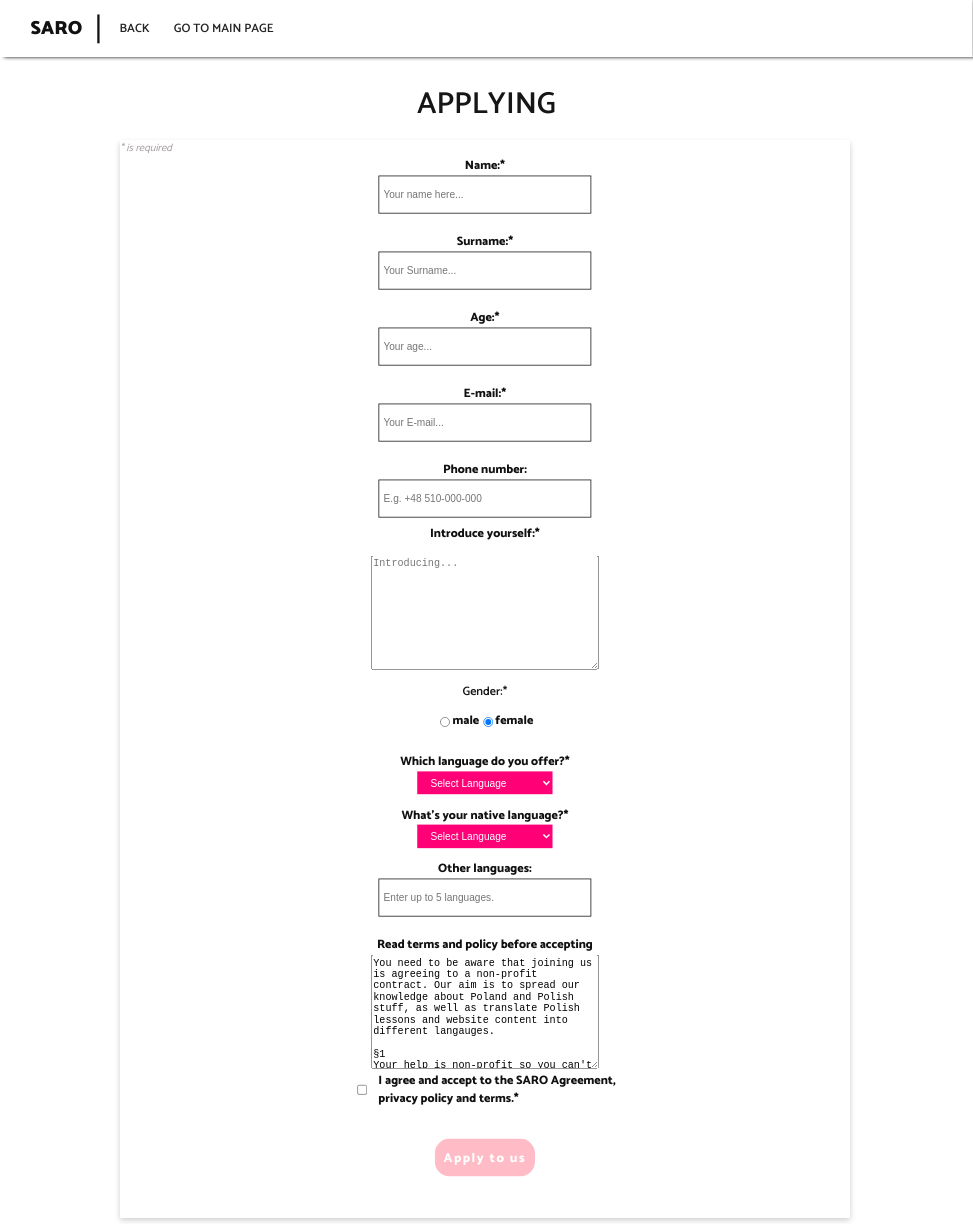
Repository: michalskirobert/SARO
Page: join/index.html
The author's editor kept a copy of each file at every save. The page is drawn from the files as they stood at one save, then again after the next save.
The browser window is 1280 px wide. The pictures show the whole page, at 76% of full size.

Above is the page before, as saved 2020-10-30 14:29:15.

### join/index.html
<!DOCTYPE html>
<html lang="en">

<head>
    <meta charset="UTF-8">
    <meta name="description" content="We are SARO. The project was created as a result of a desire to help people studying the Polish language.
    The main
    language is English but we also add languages like Japanese and Korean as well.
    SARO has created from the word taken from the name “Saki” in Japanese 沙季 and from name Robert.
    Saki and Robert are Polish and Japanese couple trying to share with others their knowledge.">
    <meta name="keywords"
        content="saro, course, online, courses, english, japanese, Polish, Polish lessons, Polish curiosities, Polish tradition, ">
    <meta name="author" content="Robert Michalski">
    <meta name="viewport" content="width=device-width, initial-scale=1.0">
    <meta property="og:site_name" content="Saro.Website with free Polish lessons" />
    <meta property="og:url" content="www.saro.website" />
    <meta property="og:type" content="website" />
    <meta name="title" property="og:title" content="Saro.Website with free Polish lessons" />
    <meta name="image" property="og:image" content="img/bg/header-banner.jpg" />
    <meta property="og:image:type" content="image/png">
    <meta property="og:image:width" content="1024">
    <meta property="og:image:height" content="1024">
    <script type="text/javascript">
        var onloadCallback = function () {
            grecaptcha.render('html_element', {
                'sitekey': '6LeuJsoZAAAAAEANh6j6i-mbQb9pVOA0ukEaqTPC'
            });
        };
    </script>
    <title>Welcome to SARO</title>
    <link rel="stylesheet" href="./../assets/style/css/style.css">
</head>

<body>
    <header>
        <a href="https://saro.website" class="header-brand">SARO</a>
        <nav>
            <div class="hamburger">
                <div class="bar"></div>
                <div class="bar"></div>
                <div class="bar"></div>
            </div>
           <ul class="nav__desktop nav__desktop--joinUs">
           <li><a href="#" onclick="goBack()">Back</a></li>
           <li><a href="https://saro.website/">go to main page</a></li>
           </ul>
           <ul class="nav-list">
            <li><a href="index.html" class="header-brand--after">SARO</a></li>
            <li><a href="#" onclick="goBack()" class="nav-links">Back</a></li>
            <li><a href="https://saro.website/" class="nav-links">go to main page</a></li>
            </ul>
        </nav>
        <script>
            function goBack() {
                window.history.back();
            }
        </script>
       <script src="./../assets/js/menu.js"></script>
       </header>
    <main>
        <br>
        <section>
            <div class="wrapper">
                <h1>applying</h1>
                <div class="container container--joinUs">
                    <div class="row row--joinUs">
                        <div class="column column--joinUs">
                            <div class="card card--joinUs">
                                <i>* is required</i>
                                <div class="container">

                                    <div class="contact-form">
                                        <form class="joinForm">
                                            <label for="name">Name:*</label>
                                            <input name="name" type="text" class="form-control" id="name"
                                                placeholder=" Your name here..." required>
                                            <br>
                                            <label for="surname">Surname:*</label>
                                            <input name="surname" type="text" class="form-control" id="surname"
                                                placeholder=" Your Surname..." required>
                                            <br>
                                            <label for="age">Age:*</label>
                                            <input name="age" type="number" class="form-control" id="age" min="18"
                                                placeholder=" Your age..." required>
                                            <br>
                                            <label for="email">E-mail:*</label>
                                            <input name="email" type="email" class="form-control" id="email"
                                                placeholder=" Your E-mail..." required>
                                            <br>
                                            <label for="phone">Phone number:</label>
                                            <input name="phone" type="tel" class="form-control" id="phone"
                                                placeholder=" E.g. +48 510-000-000" required>

                                            <label for="message">Introduce yourself:*</label>
                                            <br>
                                            <textarea name="message" id="message" placeholder="Introducing..." row="4"
                                                required></textarea>
                                            <br>
                                            <p>Gender:*</p>
                                            <div class="gender__container" style="width: 100%;">
                                            <input type="radio" id="male" name="gender" value="male" checked>
                                            <label for="male">male</label>
                                            <input type="radio" id="female" name="gender" value="female" checked>
                                            <label for="female">female</label>
                                            </div>
                                            <br>
                                            <label for="language"> Which language do you offer?*</p></label>
                                            <select name="offerLanguage" required id="language">
                                                <option value="" disabled selected>Select Language</option>
                                                <option value="Afrikaans">Afrikaans</option>
                                                <option value="Albanian">Albanian</option>
                                                <option value="Arabic">Arabic</option>
                                                <option value="Armenian">Armenian</option>
                                                <option value="Basque">Basque</option>
                                                <option value="Bengali">Bengali</option>
                                                <option value="Bulgarian">Bulgarian</option>
                                                <option value="Catalan">Catalan</option>
                                                <option value="Cambodian">Cambodian</option>
                                                <option value="Chinese (Mandarin)">Chinese (Mandarin)</option>
                                                <option value="Croatian">Croatian</option>
                                                <option value="Czech">Czech</option>
                                                <option value="Danish">Danish</option>
                                                <option value="Dutch">Dutch</option>
                                                <option value="English">English</option>
                                                <option value="Estonian">Estonian</option>
                                                <option value="Fiji">Fiji</option>
                                                <option value="Finnish">Finnish</option>
                                                <option value="French">French</option>
                                                <option value="Georgian">Georgian</option>
                                                <option value="German">German</option>
                                                <option value="Greek">Greek</option>
                                                <option value="Gujarati">Gujarati</option>
                                                <option value="Hebrew">Hebrew</option>
                                                <option value="Hindi">Hindi</option>
                                                <option value="Hungarian">Hungarian</option>
                                                <option value="Icelandic">Icelandic</option>
                                                <option value="Indonesian">Indonesian</option>
                                                <option value="Irish">Irish</option>
                                                <option value="Italian">Italian</option>
                                                <option value="Japanese">Japanese</option>
                                                <option value="Javanese">Javanese</option>
                                                <option value="Korean">Korean</option>
                                                <option value="Latin">Latin</option>
                                                <option value="Latvian">Latvian</option>
                                                <option value="Lithuanian">Lithuanian</option>
                                                <option value="Macedonian">Macedonian</option>
                                                <option value="Malay">Malay</option>
                                                <option value="Malayalam">Malayalam</option>
                                                <option value="Maltese">Maltese</option>
                                                <option value="Maori">Maori</option>
                                                <option value="Marathi">Marathi</option>
                                                <option value="Mongolian">Mongolian</option>
                                                <option value="Nepali">Nepali</option>
                                                <option value="Norwegian">Norwegian</option>
                                                <option value="Persian">Persian</option>
                                                <option value="Polish">Polish</option>
                                                <option value="Portuguese">Portuguese</option>
                                                <option value="Punjabi">Punjabi</option>
                                                <option value="Quechua">Quechua</option>
                                                <option value="Romanian">Romanian</option>
                                                <option value="Russian">Russian</option>
                                                <option value="Samoan">Samoan</option>
                                                <option value="Serbian">Serbian</option>
                                                <option value="Slovak">Slovak</option>
                                                <option value="Slovenian">Slovenian</option>
                                                <option value="Spanish">Spanish</option>
                                                <option value="Swahili">Swahili</option>
                                                <option value="Swedish ">Swedish </option>
                                                <option value="Tamil">Tamil</option>
                                                <option value="Tatar">Tatar</option>
                                                <option value="Telugu">Telugu</option>
                                                <option value="Thai">Thai</option>
                                                <option value="Tibetan">Tibetan</option>
                                                <option value="Tonga">Tonga</option>
                                                <option value="Turkish">Turkish</option>
                                                <option value="Ukrainian">Ukrainian</option>
                                                <option value="Urdu">Urdu</option>
                                                <option value="Uzbek">Uzbek</option>
                                                <option value="Vietnamese">Vietnamese</option>
                                                <option value="Welsh">Welsh</option>
                                                <option value="Xhosa">Xhosa</option>
                                            </select>
                                            <br>
                                            <label for="nativeLanguage">What's your native language?*</label>
                                            <select id="nativeLanguage" name="nativeLanguage"
                                                data-placeholder="Choose a Language..." required>
                                                <option value="" disabled selected>Select Language</option>
                                                <option value="Afrikaans">Afrikaans</option>
                                                <option value="Albanian">Albanian</option>
                                                <option value="Arabic">Arabic</option>
                                                <option value="Armenian">Armenian</option>
                                                <option value="Basque">Basque</option>
                                                <option value="Bengali">Bengali</option>
                                                <option value="Bulgarian">Bulgarian</option>
                                                <option value="Catalan">Catalan</option>
                                                <option value="Cambodian">Cambodian</option>
                                                <option value="Chinese (Mandarin)">Chinese (Mandarin)</option>
                                                <option value="Croatian">Croatian</option>
                                                <option value="Czech">Czech</option>
                                                <option value="Danish">Danish</option>
                                                <option value="Dutch">Dutch</option>
                                                <option value="English">English</option>
                                                <option value="Estonian">Estonian</option>
                                                <option value="Fiji">Fiji</option>
                                                <option value="Finnish">Finnish</option>
                                                <option value="French">French</option>
                                                <option value="Georgian">Georgian</option>
                                                <option value="German">German</option>
                                                <option value="Greek">Greek</option>
                                                <option value="Gujarati">Gujarati</option>
                                                <option value="Hebrew">Hebrew</option>
                                                <option value="Hindi">Hindi</option>
                                                <option value="Hungarian">Hungarian</option>
                                                <option value="Icelandic">Icelandic</option>
                                                <option value="Indonesian">Indonesian</option>
                                                <option value="Irish">Irish</option>
                                                <option value="Italian">Italian</option>
                                                <option value="Japanese">Japanese</option>
                                                <option value="Javanese">Javanese</option>
                                                <option value="Korean">Korean</option>
                                                <option value="Latin">Latin</option>
                                                <option value="Latvian">Latvian</option>
                                                <option value="Lithuanian">Lithuanian</option>
                                                <option value="Macedonian">Macedonian</option>
                                                <option value="Malay">Malay</option>
                                                <option value="Malayalam">Malayalam</option>
                                                <option value="Maltese">Maltese</option>
                                                <option value="Maori">Maori</option>
                                                <option value="Marathi">Marathi</option>
                                                <option value="Mongolian">Mongolian</option>
                                                <option value="Nepali">Nepali</option>
                                                <option value="Norwegian">Norwegian</option>
                                                <option value="Persian">Persian</option>
                                                <option value="Polish">Polish</option>
                                                <option value="Portuguese">Portuguese</option>
                                                <option value="Punjabi">Punjabi</option>
                                                <option value="Quechua">Quechua</option>
                                                <option value="Romanian">Romanian</option>
                                                <option value="Russian">Russian</option>
                                                <option value="Samoan">Samoan</option>
                                                <option value="Serbian">Serbian</option>
                                                <option value="Slovak">Slovak</option>
                                                <option value="Slovenian">Slovenian</option>
                                                <option value="Spanish">Spanish</option>
                                                <option value="Swahili">Swahili</option>
                                                <option value="Swedish ">Swedish </option>
                                                <option value="Tamil">Tamil</option>
                                                <option value="Tatar">Tatar</option>
                                                <option value="Telugu">Telugu</option>
                                                <option value="Thai">Thai</option>
                                                <option value="Tibetan">Tibetan</option>
                                                <option value="Tonga">Tonga</option>
                                                <option value="Turkish">Turkish</option>
                                                <option value="Ukrainian">Ukrainian</option>
                                                <option value="Urdu">Urdu</option>
                                                <option value="Uzbek">Uzbek</option>
                                                <option value="Vietnamese">Vietnamese</option>
                                                <option value="Welsh">Welsh</option>
                                                <option value="Xhosa">Xhosa</option>
                                            </select>
                                            <br>
                                            <label for="anotherLanguage">Other languages:</label>
                                            <input name="anotherLanguage" id="anotherLanguage" type="anotherLanguage" class="form-control"
                                                placeholder=" Enter up to 5 languages.">
                                            <br>
                                            <label for="policy">Read terms and policy before accepting</label>
                                            <textarea id="policy" readonly>You need to be aware that joining us is agreeing to a non-profit contract. Our aim is to spread our knowledge about Poland and Polish stuff, as well as translate Polish lessons and website content into different langauges.

§1
Your help is non-profit so you can't get any money from your work, but you can use it in your portfolio - all of your work will be signed with your name.

§2
You need to keep in mind that we are looking a friendly, agreeable person with an altruistic mindset and a desire to help others.

§3
Should you join and then suddenly leave our project, you must explain the underlying reasons. If no explanation is provided, it will not be possible to renew your relationship with us.

§4
We need your consent to the processing of personal data - otherwise we cannot consider your candidacy. By accepting our terms and policy you give consent to the processing of your personal data. The data will not be used for marketing purposes of external parties.

§5
You can engage in working for our website at least once a week.

§6
You do enjoy our project and working with us 😉 it's the most important for us!

         </textarea>
                                            <div class="policy">
                                                <input type="checkbox" id="accepted" name="accepted" value="accepted"
                                                    required>
                                                <label for="accepted">
                                                    I agree and accept to the SARO Agreement, <br>
                                                    privacy policy and terms.*
                                                </label>
                                            </div>
                                            <p id="ajaxResponseSuccess" role="alert">
                                            </p>
                                            <p id="ajaxResponseFail" role="alert">
                                            </p>
                                            <div id="html_element"></div>
                                            <br>
                                            <button type="button" onclick="sendMail()" class="form__button">Apply to us</button>
                                        </form>
                                    </div>
                                </div>
                            </div>
                            <script src="https://www.google.com/recaptcha/api.js?onload=onloadCallback&render=explicit"
                                async defer></script>
                                <script src="./../assets/js/join.js"></script>
                        </div>
                    </div>
                </article>
</body>
</html>

Loaded but not shown: assets/style/css/style.css (4313 lines, source omitted); assets/js/join.js (no copy from this time; the picture is the same without it); assets/js/menu.js (no copy from this time; the picture is the same without it)

After the next save:
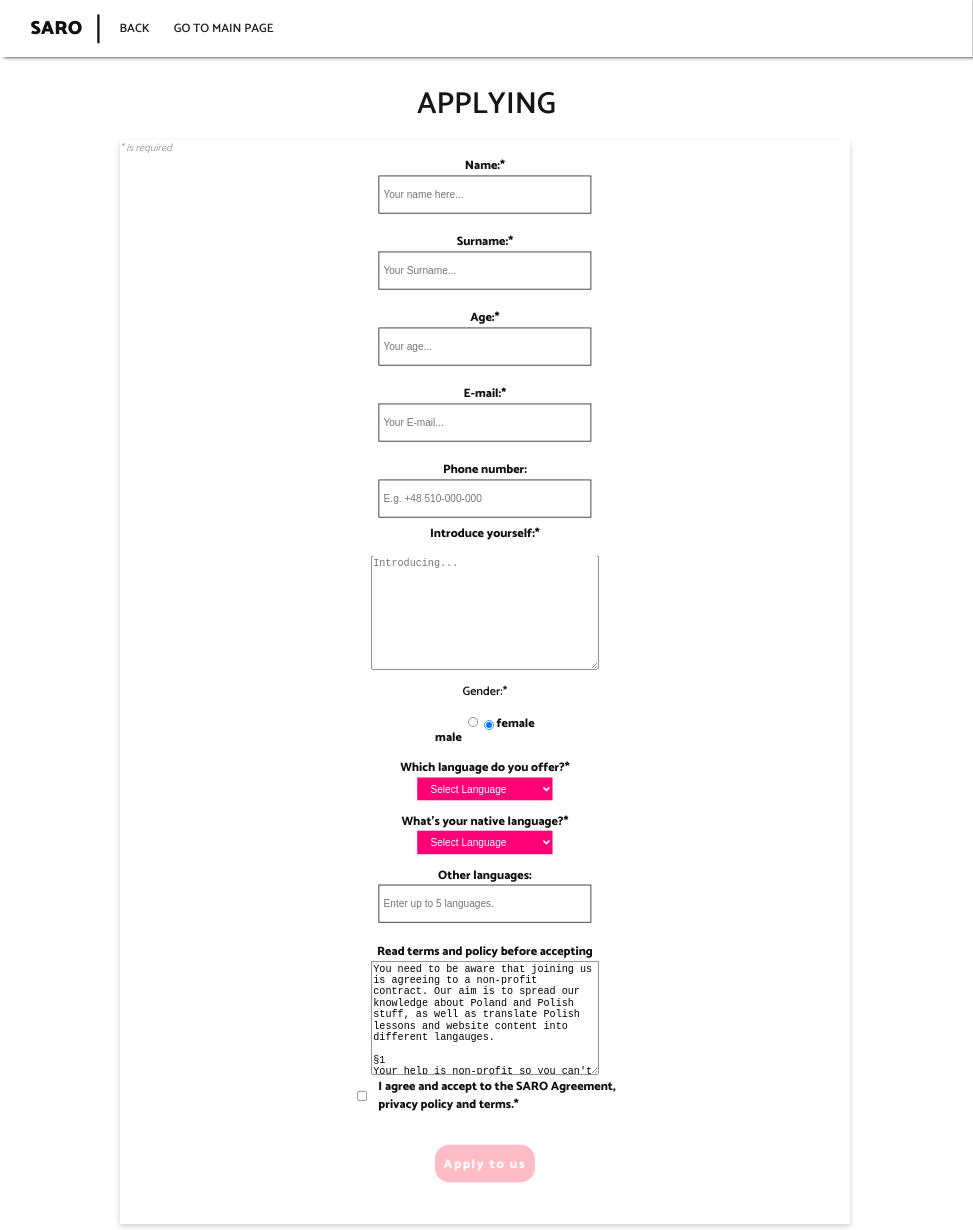
Saved 2 min 40 s later.
--- a/join/index.html
+++ b/join/index.html
@@ -98,8 +98,9 @@
                                             <br>
                                             <p>Gender:*</p>
                                             <div class="gender__container" style="width: 100%;">
-                                            <input type="radio" id="male" name="gender" value="male" checked>
-                                            <label for="male">male</label>
+                                            <label for="male">male
+                                            <input type="radio" id="male" name="gender" value="male" checked></label>
+
                                             <input type="radio" id="female" name="gender" value="female" checked>
                                             <label for="female">female</label>
                                             </div>
